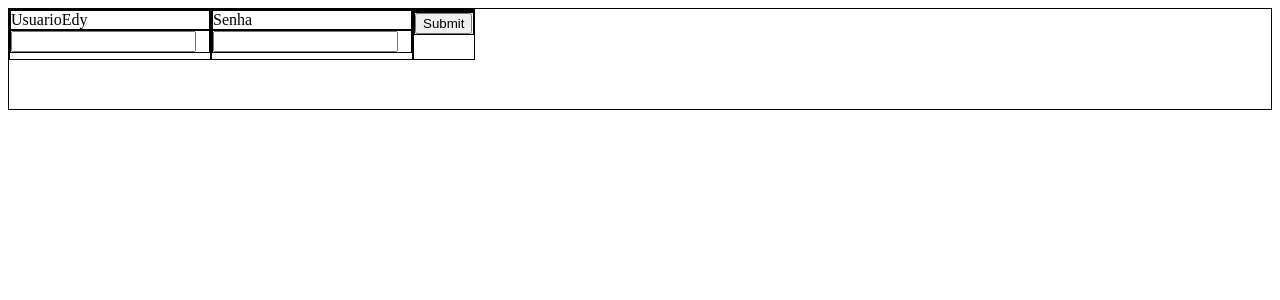
Repository: ermartins/MADASCAR
Page: http://localhost/ProjectPortal_ERM/Login/Login.jsp
An editor plug-in stored every save of this project. The page is shown before and after the next save, followed by the edit.
The browser window is 1280 px wide. The pictures show the whole page.
The page is served by Tomcat 9. Other server files are loaded and not shown.

Above is the page before, as saved 2016-10-13 16:34:51.

### JAVA/ProjectPortal_ERM/WebContent/Login/Login.jsp
<%@ page language="java" contentType="text/html; charset=ISO-8859-1"
	pageEncoding="ISO-8859-1"%>
<%@taglib prefix="fmt" uri="http://java.sun.com/jsp/jstl/fmt"%>
<!DOCTYPE html PUBLIC "-//W3C//DTD HTML 4.01 Transitional//EN" "http://www.w3.org/TR/html4/loose.dtd">
<html>
<head>
<meta http-equiv="Content-Type" content="text/html; charset=ISO-8859-1">
<link href="Styles/IncludeBorder.css" rel="stylesheet" />
<link href="Styles/Login.css" rel="stylesheet" />

<title>Insert title here</title>

</head>
<body>
	<fmt:setLocale value="pt" />
	<div class="cl_Border" style="height: 100px;">
		<div class="cl_Border"
			style="float: left; width: 200px; height: 49px;">
			<div class="cl_Border cl_Height15">
				<label id="lblUsuario"><fmt:message key="recurso.lblUsuario" /></label>
			</div>
			<div class="cl_Border">
				<input type="text" name="txtUsuario">
			</div>
		</div>
		<div class="cl_Border"
			style="float: left; width: 200px; height: 49px;">
			<div class="cl_Border cl_Height15" >
				<label id="lblSenha"><fmt:message key="recurso.lblSenha" /></label>
			</div>
			<div class="cl_Border">
				<input type="password" name="txtSenha">
			</div>
		</div>
		<div class="cl_Border"
			style="float: left; width: 60px; height: 49px;">
						<div class="cl_Border cl_Height15">
			</div>
			<div class="cl_Border">
				<input type="submit" name="btnOk">
			</div>
		</div>
	</div>
</body>
</html>

### JAVA/ProjectPortal_ERM/WebContent/Styles/IncludeBorder.css
.cl_Border{
border-style: solid;
border-width: 1px;
}

### JAVA/ProjectPortal_ERM/WebContent/Styles/Login.css
@CHARSET "ISO-8859-1";
.cl_Height15
{
	height: 15;
}

After the next save:
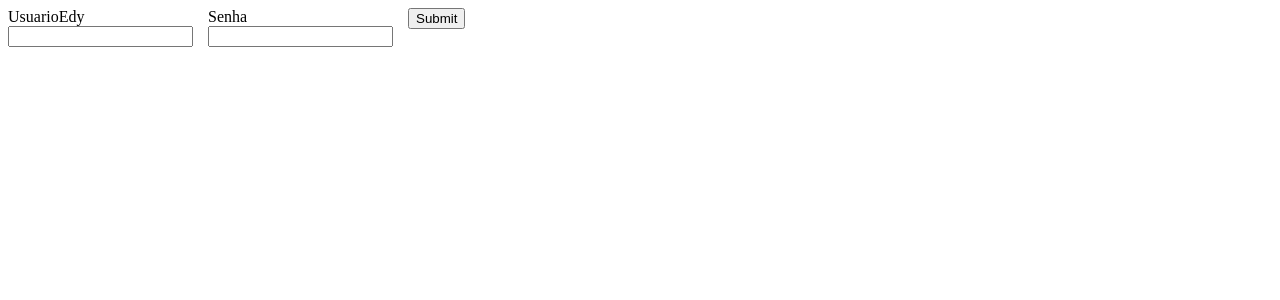
Saved 4 min 28 s later.
--- a/JAVA/ProjectPortal_ERM/WebContent/Styles/IncludeBorder.css
+++ b/JAVA/ProjectPortal_ERM/WebContent/Styles/IncludeBorder.css
@@ -1,4 +1,4 @@
-.cl_Border{
+.cl_Border_{
 border-style: solid;
 border-width: 1px;
 }
